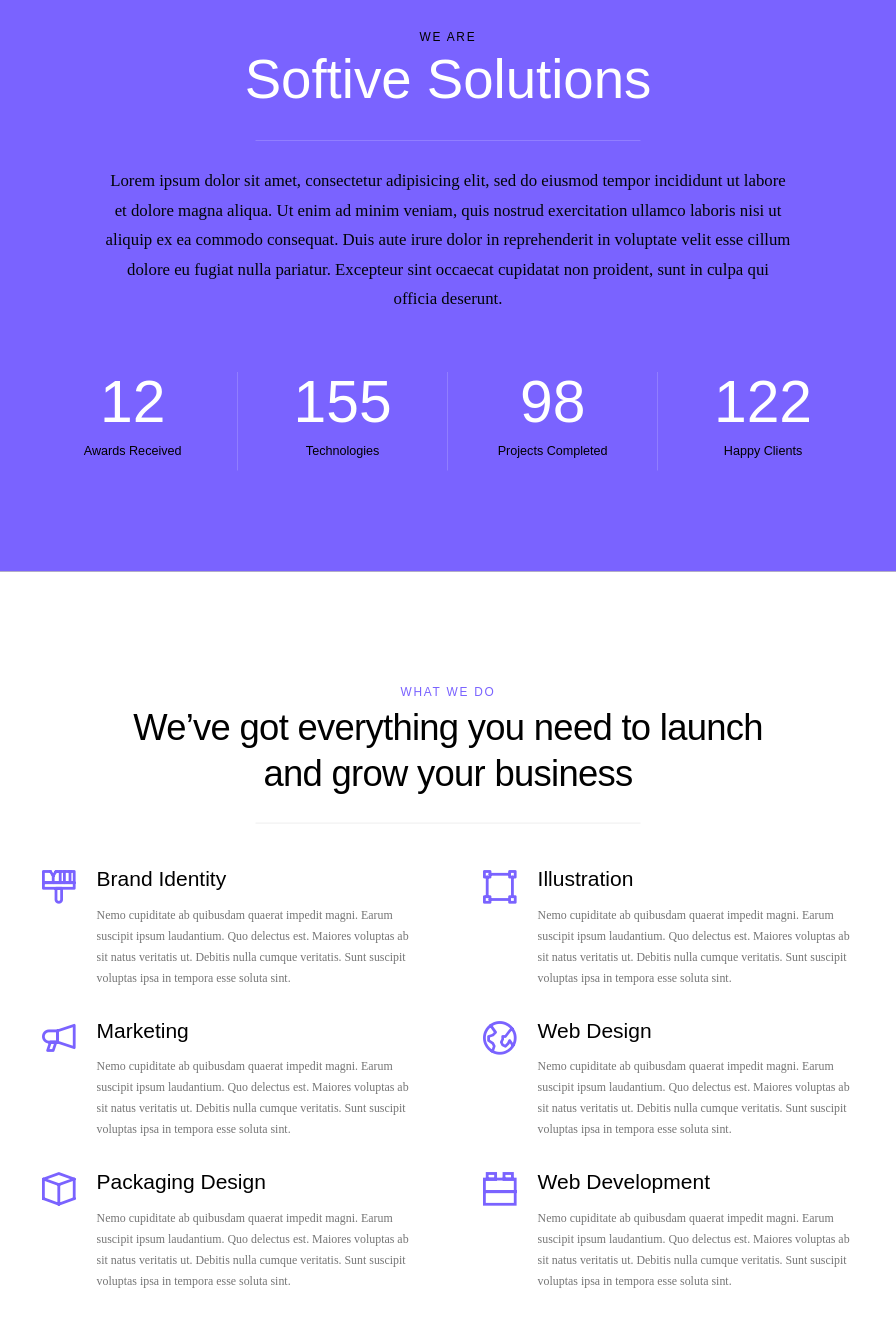
Repository: ahsankalim09/light-Agency
Page: index.html
The author's editor kept a copy of each file at every save. The page is drawn from the files as they stood at one save, then again after a run of saves.
The browser window is 1280 px wide. The pictures show the part of the page from y = 906 to 2826 px (the page is 8447 px tall before and 8363 px after), at 70% of full size.
Some web fonts or font styles are not loaded; a fallback is used.

Above is the page before, as saved 2020-12-27 19:28:09.

After the next 2 saves:
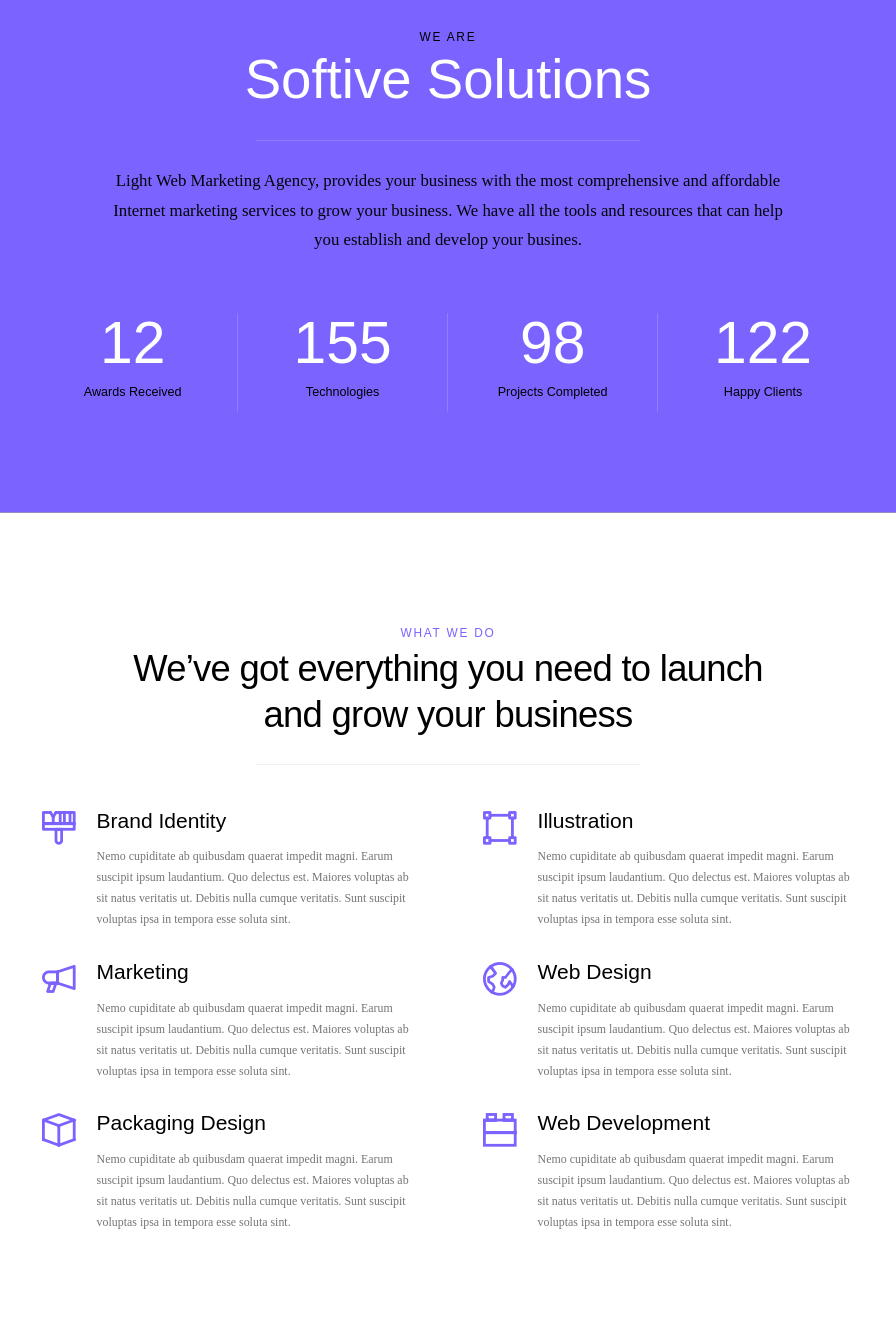
The 2 saves are shown as one change because they came seconds apart.
The last was saved 10 s later.
--- a/index.html
+++ b/index.html
@@ -128,7 +128,7 @@ More About Us
 <div class="row about-desc" data-aos="fade-up">
 <div class="col-full">
 <p>
-Lorem ipsum dolor sit amet, consectetur adipisicing elit, sed do eiusmod tempor incididunt ut labore et dolore magna aliqua. Ut enim ad minim veniam, quis nostrud exercitation ullamco laboris nisi ut aliquip ex ea commodo consequat. Duis aute irure dolor in reprehenderit in voluptate velit esse cillum dolore eu fugiat nulla pariatur. Excepteur sint occaecat cupidatat non proident, sunt in culpa qui officia deserunt.
+    Light Web Marketing Agency, provides your business with the most comprehensive and affordable Internet marketing services to grow your business. We have all the tools and resources that can help you establish and develop your busines.
 </p>
 </div>
 </div>
